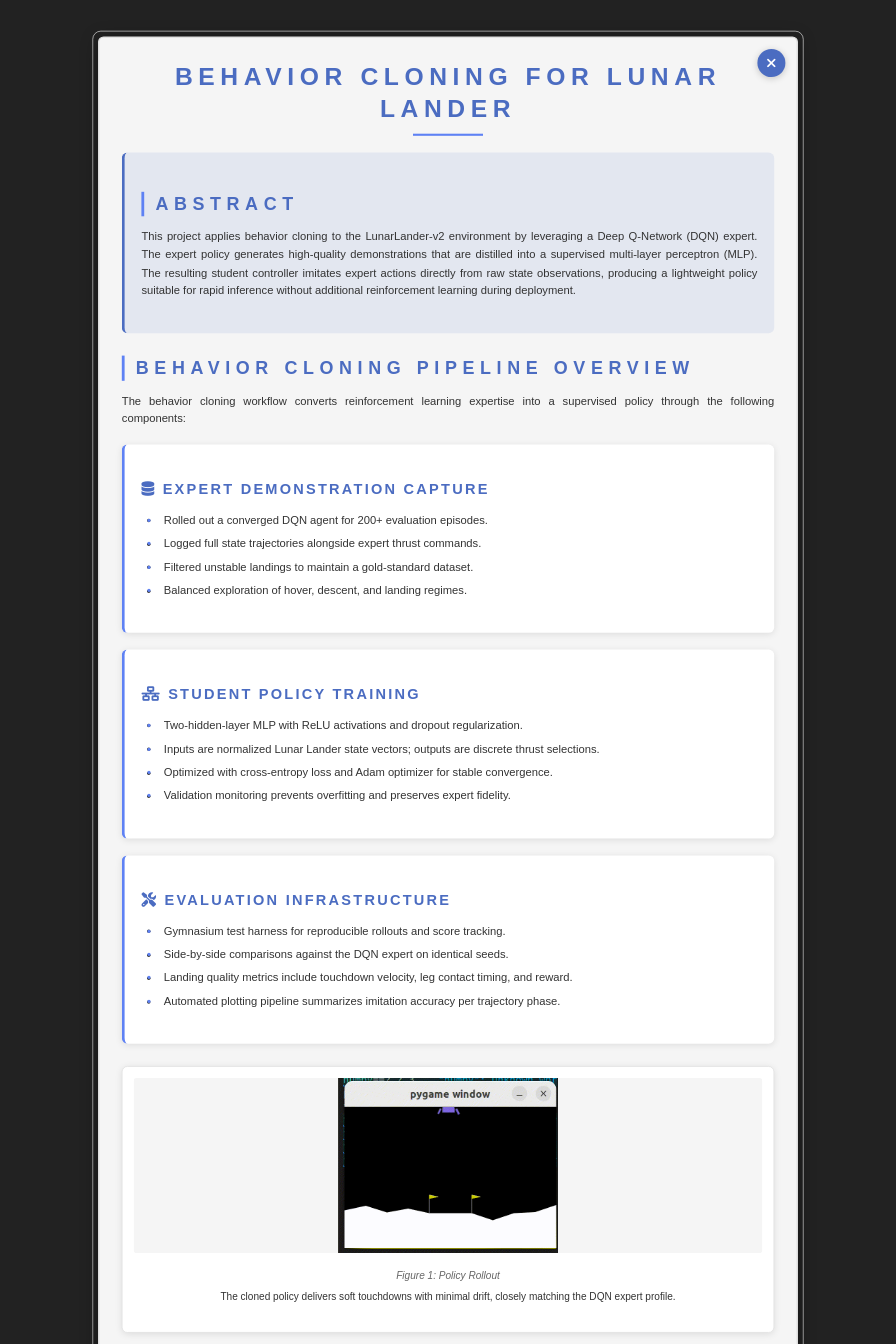
Repository: bk-poudel/bk-poudel.github.io
Page: projects/behavior_cloning_lunar_lander.html
An editor plug-in stored every save of this project. The page is shown before and after the next save, followed by the edit.
The browser window is 1280 px wide. The pictures show the part of the page from y = 0 to 1920 px (the page is 4207 px tall before and 3818 px after), at 70% of full size.

Above is the page before, as saved 2025-12-28 12:41:13.

After the next save:
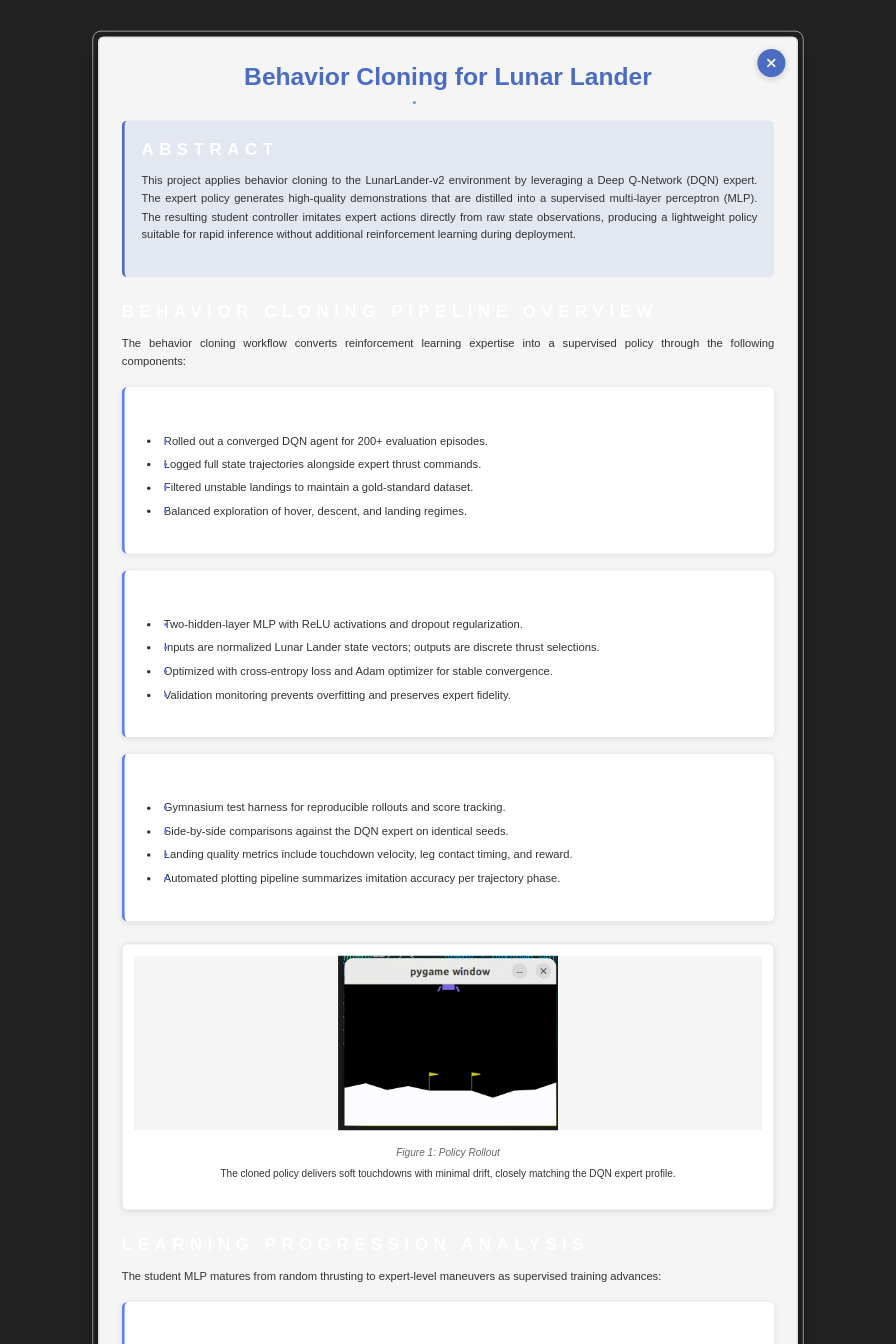
Saved 90 s later.
--- a/projects/behavior_cloning_lunar_lander.html
+++ b/projects/behavior_cloning_lunar_lander.html
@@ -85,6 +85,8 @@
             margin-bottom: 1.5rem;
             position: relative;
             padding-bottom: 1rem;
+            text-transform: none;
+            letter-spacing: normal;
         }
         h1::after {
             content: "";
@@ -94,8 +96,6 @@
             transform: translateX(-50%);
             width: 100px;
             height: 3px;
-            background: var(--accent);
-        }
         h2 {
             color: var(--primary);
             font-size: 1.6rem;
@@ -103,10 +103,16 @@
             margin-bottom: 1rem;
             border-left: 4px solid var(--accent);
             padding-left: 1rem;
-        }
+            text-transform: none;
+            letter-spacing: normal;
+        }   border-left: 4px solid var(--accent);
         h3 {
             color: var(--primary);
             font-size: 1.3rem;
+            margin-top: 1.5rem;
+            text-transform: none;
+            letter-spacing: normal;
+        }   font-size: 1.3rem;
             margin-top: 1.5rem;
         }
         p {
@@ -128,8 +134,6 @@
             color: var(--accent);
             font-weight: bold;
             position: absolute;
-            left: -1rem;
-        }
         .button {
             background: var(--primary);
             color: white;
@@ -141,6 +145,11 @@
             transition: all 0.3s ease;
             font-weight: 500;
             border: none;
+            text-transform: none;
+            letter-spacing: normal;
+            font-size: 1rem;
+        }   font-weight: 500;
+            border: none;
         }
         .button:hover {
             background: var(--accent);

After the save that followed:
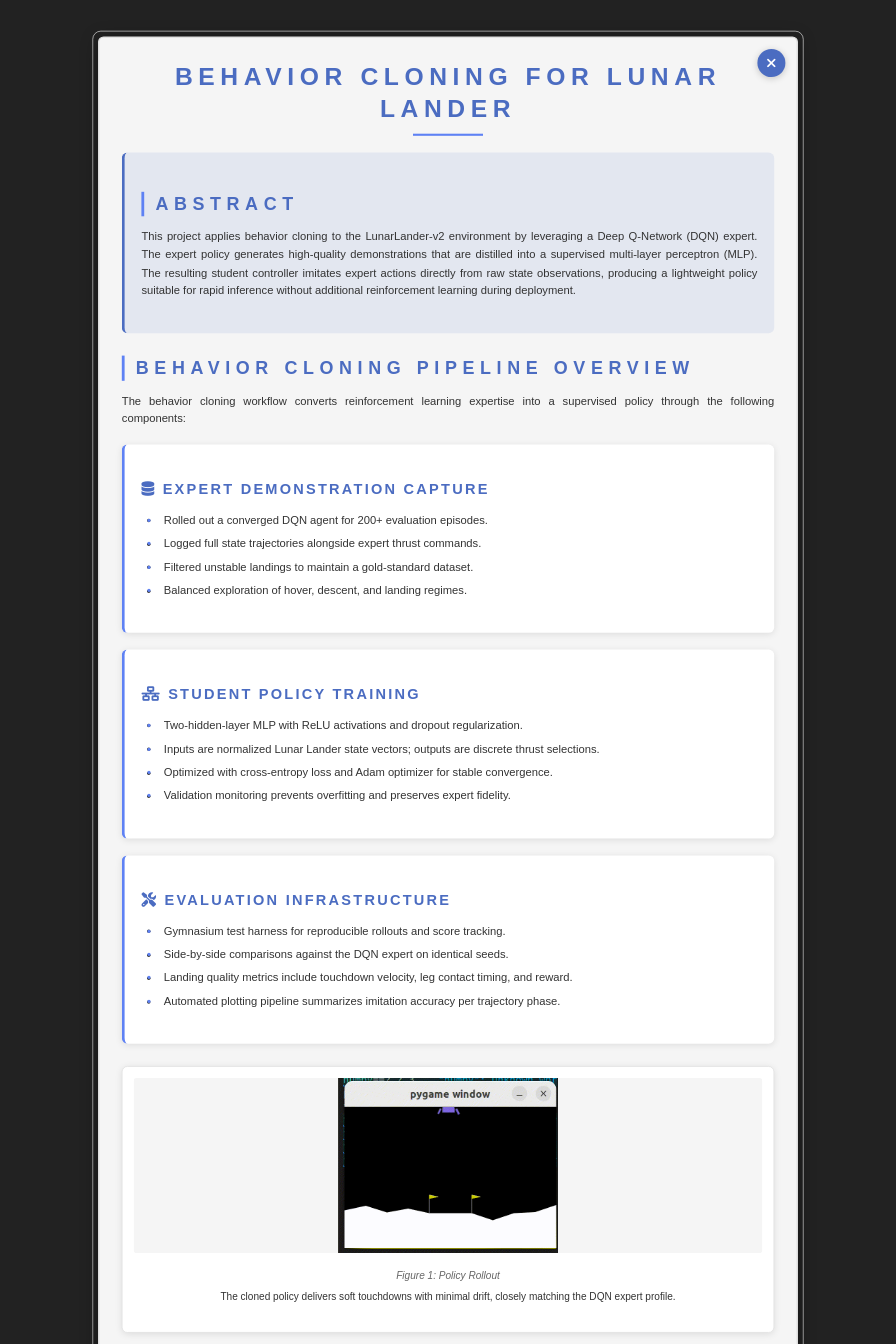
Saved 56 s later.
--- a/projects/behavior_cloning_lunar_lander.html
+++ b/projects/behavior_cloning_lunar_lander.html
@@ -85,8 +85,6 @@
             margin-bottom: 1.5rem;
             position: relative;
             padding-bottom: 1rem;
-            text-transform: none;
-            letter-spacing: normal;
         }
         h1::after {
             content: "";
@@ -96,6 +94,8 @@
             transform: translateX(-50%);
             width: 100px;
             height: 3px;
+            background: var(--accent);
+        }
         h2 {
             color: var(--primary);
             font-size: 1.6rem;
@@ -103,16 +103,10 @@
             margin-bottom: 1rem;
             border-left: 4px solid var(--accent);
             padding-left: 1rem;
-            text-transform: none;
-            letter-spacing: normal;
-        }   border-left: 4px solid var(--accent);
+        }
         h3 {
             color: var(--primary);
             font-size: 1.3rem;
-            margin-top: 1.5rem;
-            text-transform: none;
-            letter-spacing: normal;
-        }   font-size: 1.3rem;
             margin-top: 1.5rem;
         }
         p {
@@ -134,6 +128,8 @@
             color: var(--accent);
             font-weight: bold;
             position: absolute;
+            left: -1rem;
+        }
         .button {
             background: var(--primary);
             color: white;
@@ -145,11 +141,6 @@
             transition: all 0.3s ease;
             font-weight: 500;
             border: none;
-            text-transform: none;
-            letter-spacing: normal;
-            font-size: 1rem;
-        }   font-weight: 500;
-            border: none;
         }
         .button:hover {
             background: var(--accent);
